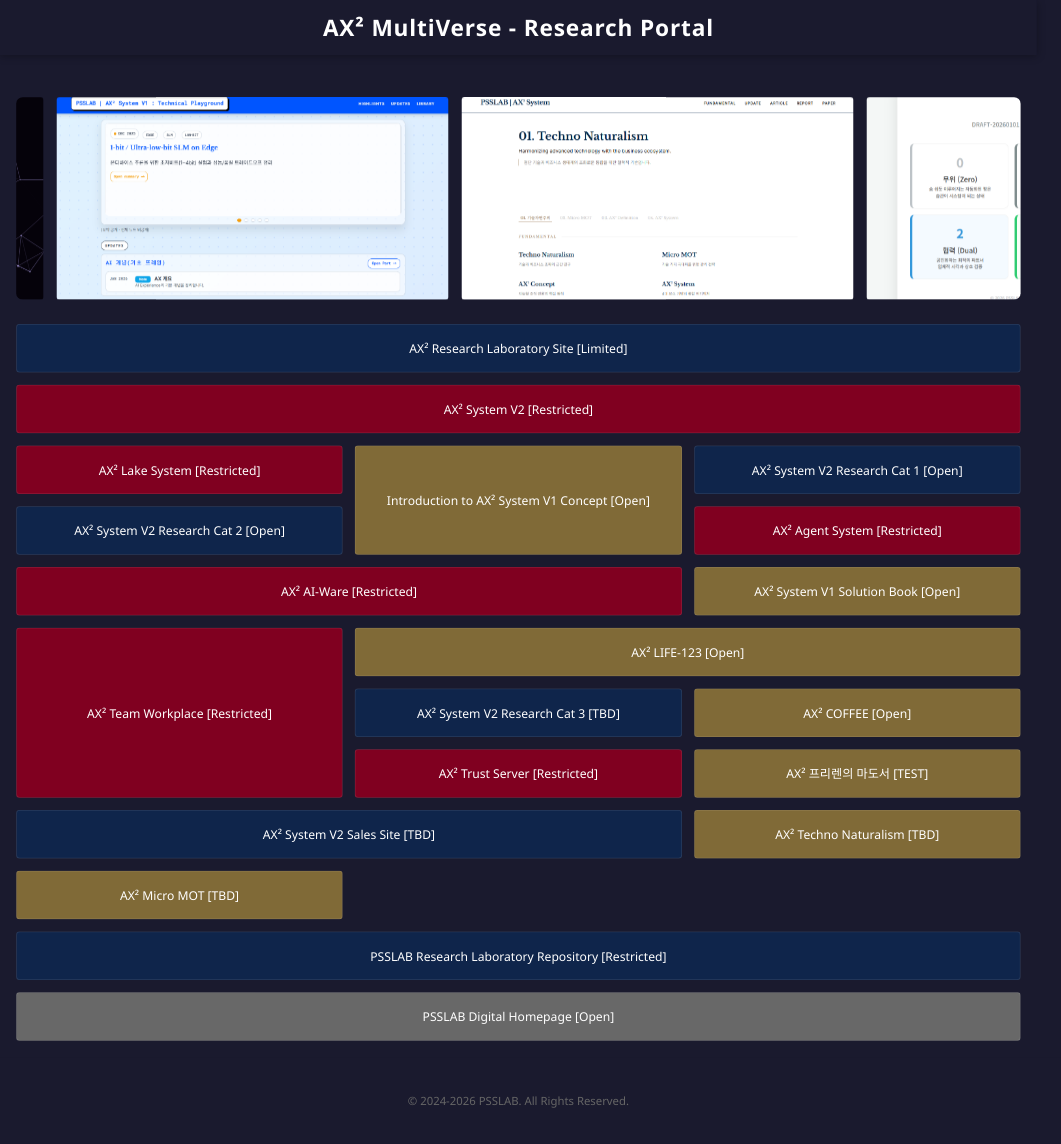
Repository: hycse89/PSSLAB_OpenSite
Page: psslab_multiverse_v3.html
An editor plug-in stored every save of this project. The page is shown before and after the next save, followed by the edit.
The browser window is 1280 px wide. The page is 1310 px wide, so the pictures cover 1310 px, including what lies to the right of the window. The pictures show the whole page, at 81% of full size.

Above is the page before, as saved 2026-01-11 21:37:16.

After the next save:
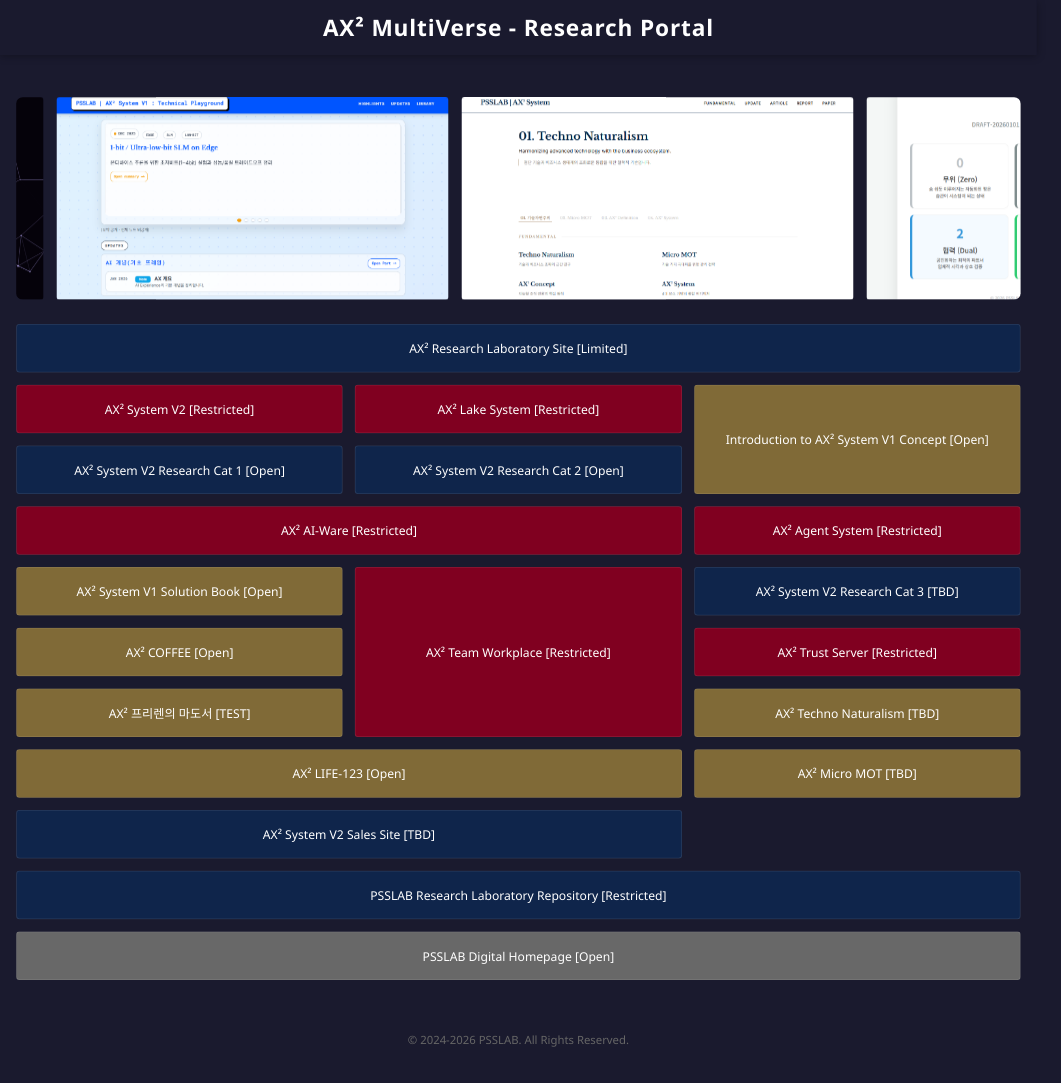
Saved 13 s later.
--- a/psslab_multiverse_v3.html
+++ b/psslab_multiverse_v3.html
@@ -186,7 +186,7 @@
         <div class="link-container">
             <a href="https://hycse89.github.io/PSSLAB_OpenSite/ax2_research_lab/" class="link-button color-1 w-3 h-1">AX² Research Laboratory Site [Limited]</a>
 
-            <a href="http://localhost:8008" class="link-button color-2 w-3 h-1">AX² System V2 [Restricted]</a>
+            <a href="http://localhost:8008" class="link-button color-2 h-1">AX² System V2 [Restricted]</a>
 
             <a href="http://localhost:8004" class="link-button color-2 h-1">AX² Lake System [Restricted]</a>
 
